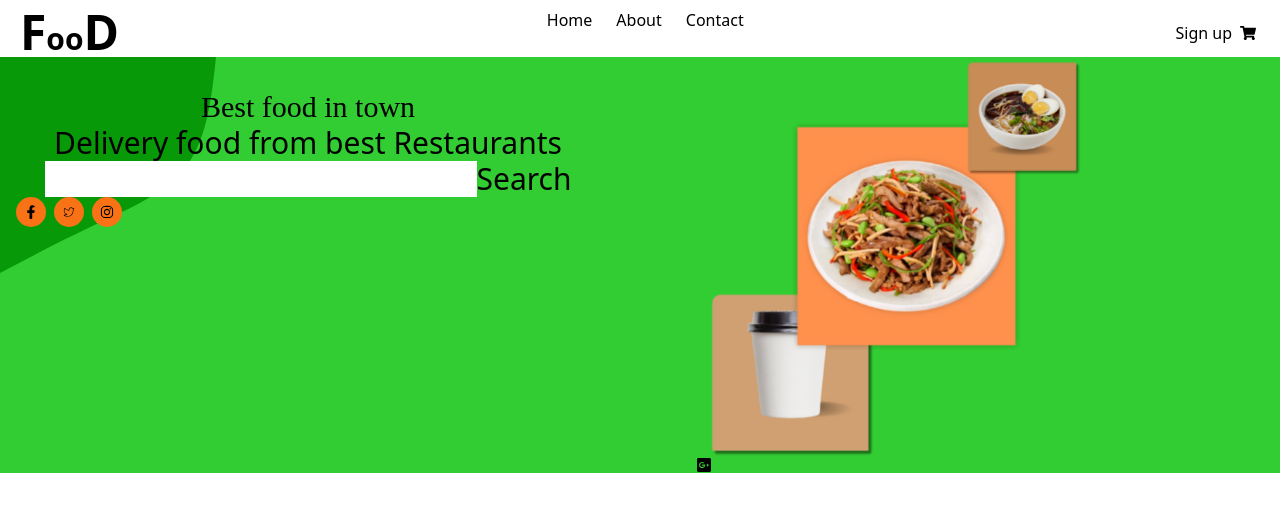
Repository: KhushiCode14/FoodWeb
Page: /
The author's editor kept a copy of each file at every save. The page is drawn from the files as they stood at one save, then again after the next save.
The browser window is 1280 px wide. The pictures show the whole page.
The project was rebuilt for these pictures with package versions that can differ from the ones it lists, and the page was loaded fresh each time. Also part of the build but not shown: src/components/Home/SignUp.tsx, src/components/Home/SignIn.tsx.

Above is the page before, as saved 2024-09-19 20:08:56.

### src/index.css
@tailwind base;
@tailwind components;
@tailwind utilities;

.bgBack{
  background-image: url(../src/components/images/background.svg);
}

### src/App.tsx
import { Route, BrowserRouter as Router, Routes ,  } from 'react-router-dom';
import './App.css';
import Navbar from './Pages/Navbar';
import Home from './Pages/Home';
import SignUp from './components/Home/SignUp';
import SignIn from './components/Home/SignIn';

function App() {
  return (
    <div className="App">
      <Router>
        <Navbar/>
      <Routes>
        <Route  path="/" element={<Home/>} />
        <Route  path="/signUp" element={<SignUp/>} />
        <Route  path="/signIn" element={<SignIn/>} />
        {/* <Route  path="/about" element={About} />
        <Route  path="/contact" element={Contact} /> */}
        </Routes>
      </Router>

    </div>
  );
}

export default App;

### src/Pages/Navbar.tsx
import { NavLink } from "react-router-dom"
import { Link } from "react-router-dom"
import { FaShoppingCart } from "react-icons/fa";
import { FaCartPlus } from "react-icons/fa";
import { useState } from "react";
interface nav {
  to: string,
  linkName: string

}
const Navbar: React.FC = () => {
  const [sign, setSign] = useState<string>('Sign up');
  const [cart, setCart] = useState<JSX.Element>(<FaShoppingCart />);
  const navLink: nav[] = [
    { to: "/", linkName: "Home" },
    { to: "/about", linkName: "About" },
    { to: "/contact", linkName: "Contact" },
    // Add more links as needed
  ]
  const handleSign = () => {
    setSign(sign === 'Sign up'? 'Sign in' : 'Sign up');
  }
  const handleCart = () => {
    setCart(prevCart =>
      prevCart.type === FaShoppingCart ? <FaCartPlus /> : <FaShoppingCart />
    );
  };

  return (
    <div className="mx-5  mt-2 flex justify-between">
      <div className="font-bold text-3xl"><h1><span className=" text-5xl">F</span>oo<span className=" text-5xl">D</span></h1></div>
      <div>
        {
          navLink.map((link, index) => (
            <Link key={index} to={link.to} className="mx-3 hover:text-gray-800">
              {link.linkName}
            </Link>
          ))
        }
      </div>
      <div className="flex justify-center items-center">
        <button><NavLink to="/signUp" onClick={handleSign} className="m-1">{sign}</NavLink></button>

        <div onClick={handleCart}className="m-1" >
          {cart}
        </div>



      </div>
    </div>
  )
}

export default Navbar

### src/Pages/Home.tsx

import { FaFacebookF, FaGooglePlusSquare, FaInstagram, } from "react-icons/fa"
import { CiTwitter } from "react-icons/ci";
import food from "../components/images/food.png"
import { Link } from "react-router-dom";
const Home: React.FC = () => {
  return (

    <div className=" flex  gap-20 bgBack justify-center ">

      <div className="w-1/2 justify-center items-center m-4 mt-8 text-3xl">
        <h3 className="font-cursive">Best food in town</h3>
        <h1>Delivery food from best Restaurants</h1>
        <div>
          <input type="text"></input>
          <button>Search</button>
          <div className="flex gap-2  ">
            <Link to="/about"><FaFacebookF  size={30}className="bg-orange-500  text-black rounded-full font-extrabold  p-2"/>
            </Link>
            <Link to=""> < CiTwitter  size={30}className="bg-orange-500  p-2 rounded-full" />
            </Link>
            <Link to="">  <FaInstagram  size={30}className="bg-orange-500  p-2 rounded-full" />
            </Link>

          </div>
        </div>
      </div>
      <div className="w-1/2 items-center justify-center" >
        <img src={food} alt="logo" width={400} />
        <FaGooglePlusSquare />
      </div>
    </div>
  )
}

export default Home

### tailwind.config.js
/** @type {import('tailwindcss').Config} */
module.exports = {
  content: [
    "./src/**/*.{js,jsx,ts,tsx}",
  ],
  theme: {
    extend: {
      fontFamily: {
        'cursive': ['Pacifico', 'cursive']
      }
    },
  },
  plugins: [],
}

Loaded but not shown: public/index.html (common file); src/index.tsx (common file); src/reportWebVitals.ts (common file); src/App.css (common file)

After the next save:
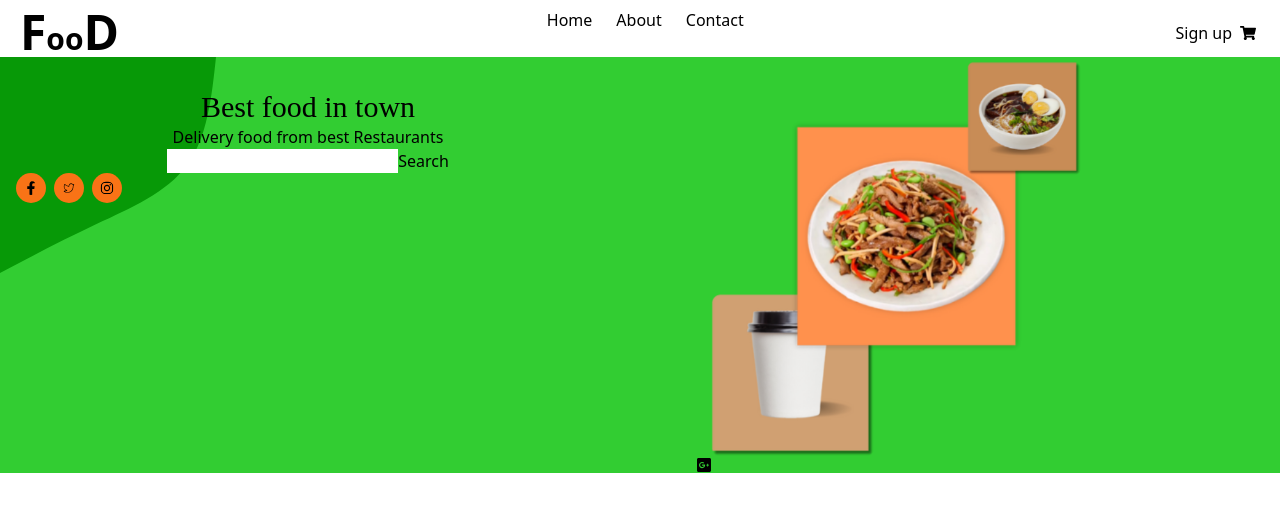
Saved 12 s later.
--- a/src/Pages/Home.tsx
+++ b/src/Pages/Home.tsx
@@ -8,8 +8,8 @@ const Home: React.FC = () => {
 
     <div className=" flex  gap-20 bgBack justify-center ">
 
-      <div className="w-1/2 justify-center items-center m-4 mt-8 text-3xl">
-        <h3 className="font-cursive">Best food in town</h3>
+      <div className="w-1/2 justify-center items-center m-4 mt-8 ">
+        <h3 className="font-cursive text-3xl">Best food in town</h3>
         <h1>Delivery food from best Restaurants</h1>
         <div>
           <input type="text"></input>
